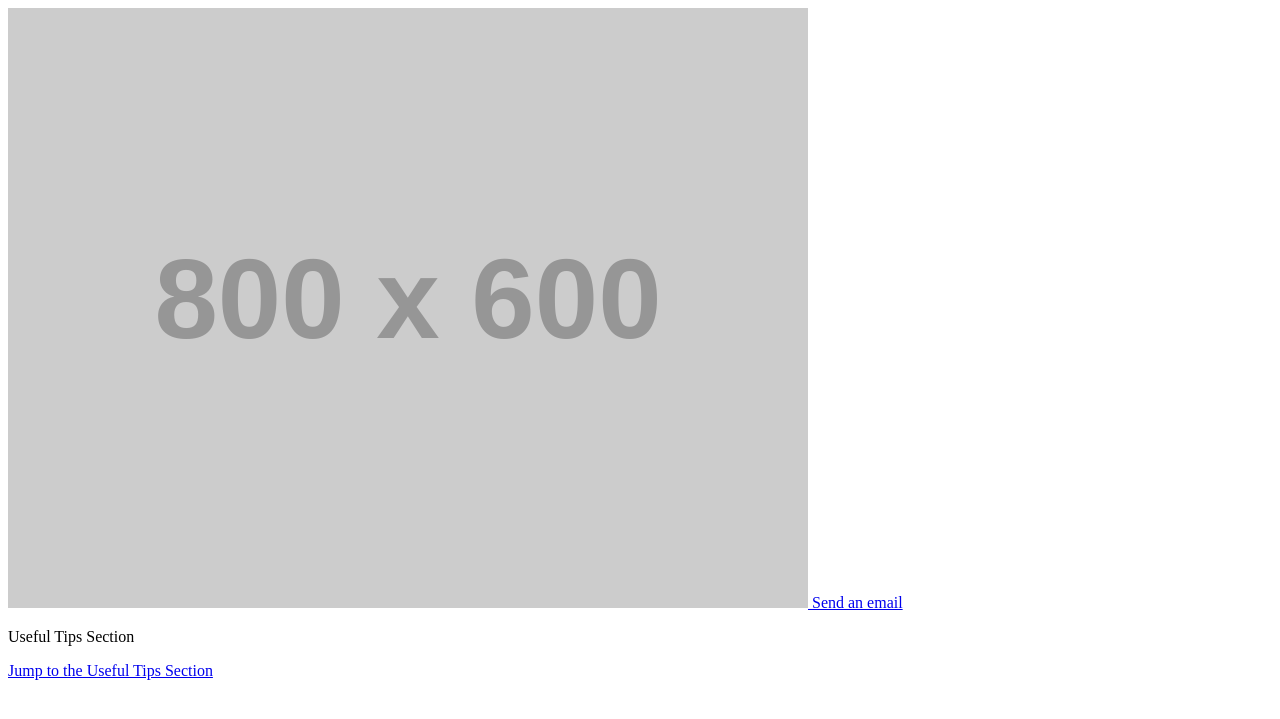
Repository: brianratemo/images.html
Page: hot2.html
These files come from the project's save history. The page is drawn as it stood at one moment and after the next save; the edit follows.
The browser window is 1280 px wide. The pictures show the whole page.

Above is the page before, as saved 2023-03-20 19:16:16.

### hot2.html
<a href="https://www.example.com"> <img src="https://via.placeholder.com/800x600.png" alt="Alternative Text"</a>
<a href="mailtowebmaster@example.com">Send an email</a>
<p id="tips">Useful Tips Section</p>
<a href="#tips">Jump to the Useful Tips Section</a>

After the next save:
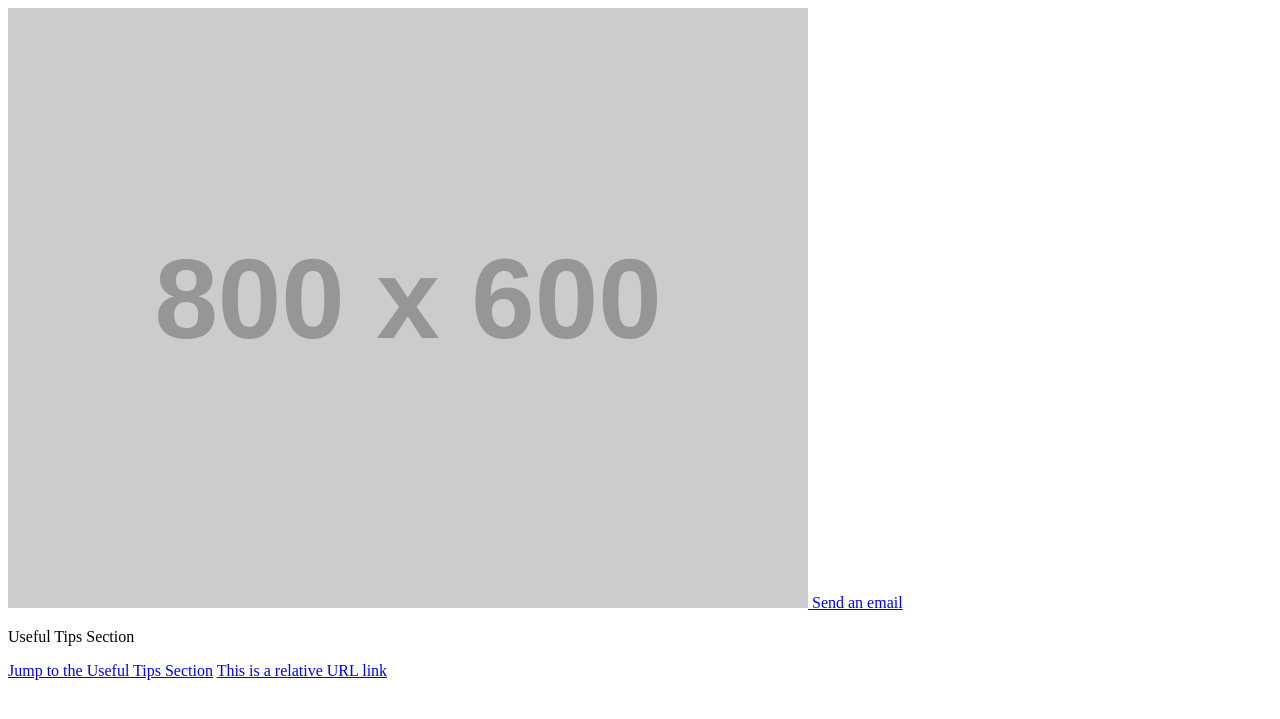
Saved 3 min 6 s later.
--- a/hot2.html
+++ b/hot2.html
@@ -2,3 +2,4 @@
 <a href="mailtowebmaster@example.com">Send an email</a>
 <p id="tips">Useful Tips Section</p>
 <a href="#tips">Jump to the Useful Tips Section</a>
+<a href="about.html">This is a relative URL link</a>
